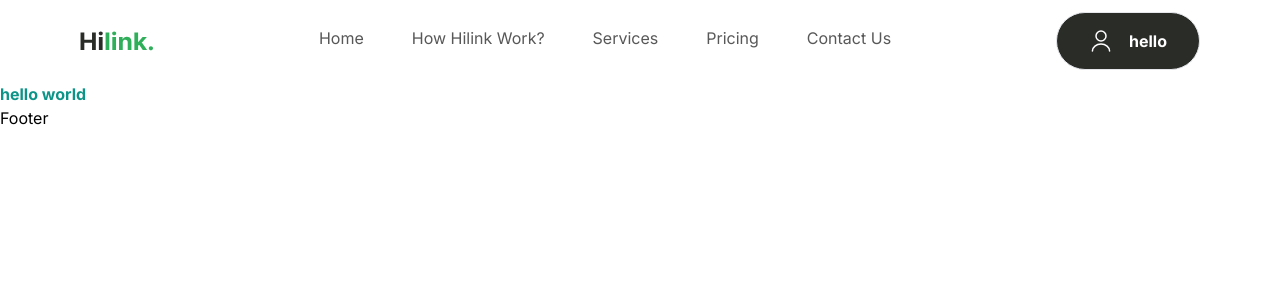
Repository: martin-raphael/travel_agency
Page: /
These files come from the project's save history. The page is drawn as it stood at one moment and after the next save; the edit follows.
The browser window is 1280 px wide. The pictures show the whole page.
The project was rebuilt for these pictures with package versions that can differ from the ones it lists, and the page was loaded fresh each time. The framework's server and built-in components were replaced by stand-ins that run in the browser. Also part of the build but not shown: next.config.mjs.

Above is the page before, as saved 2024-08-08 17:18:49.

After the next save:
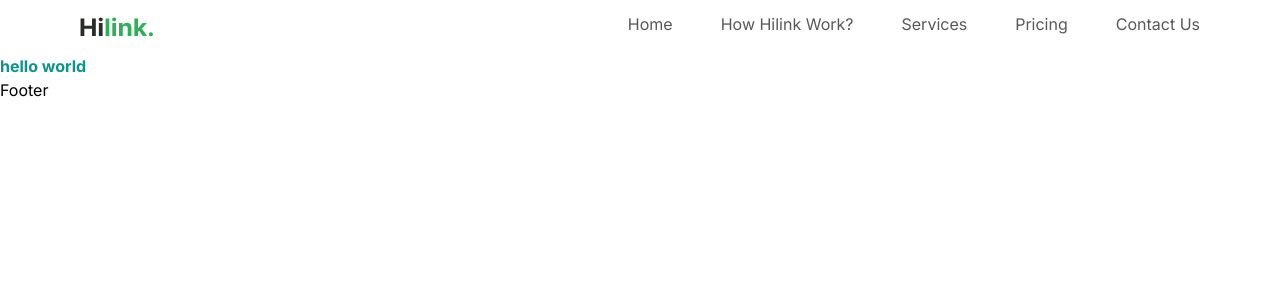
Saved 97 s later.
--- a/components/Navbar.tsx
+++ b/components/Navbar.tsx
@@ -22,7 +22,7 @@ const Navbar = () => {
         ))}
       </ul>
 
-      <div className=" lg:flexCenter hidden">
+      <div className=" lg:justify-center hidden">
         <Button
           type="button"
           title="hello"

After the save that followed:
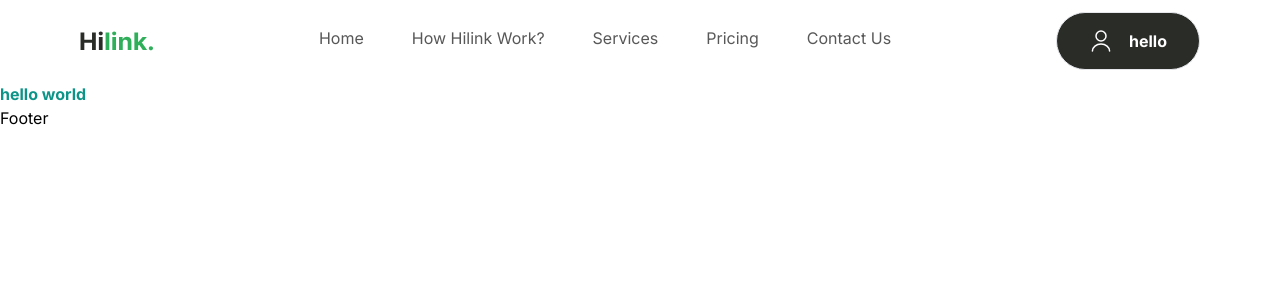
Saved 28 s later.
--- a/components/Navbar.tsx
+++ b/components/Navbar.tsx
@@ -22,7 +22,7 @@ const Navbar = () => {
         ))}
       </ul>
 
-      <div className=" lg:justify-center hidden">
+      <div className=" lg:flexCenter hidden">
         <Button
           type="button"
           title="hello"
